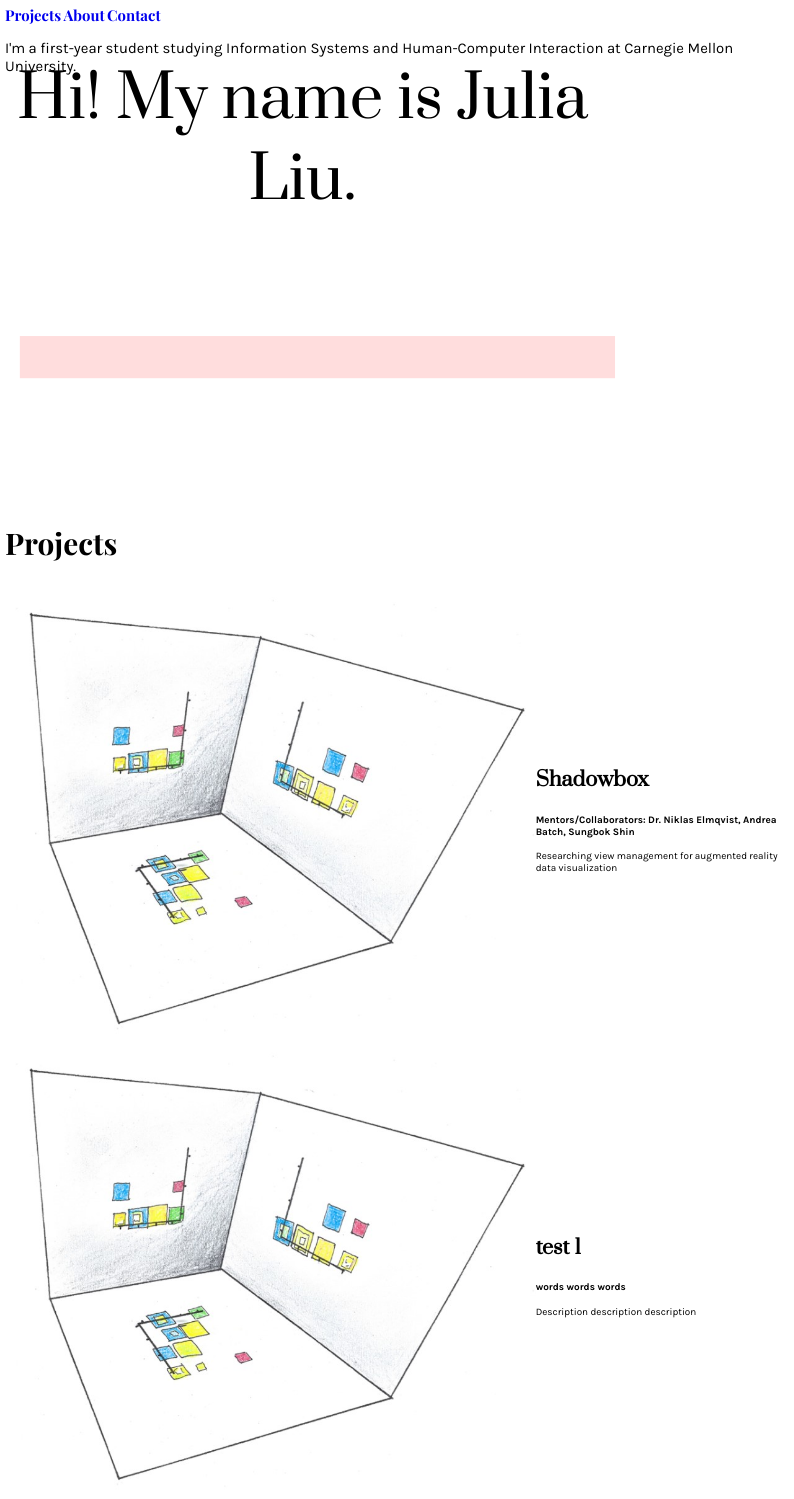
Repository: liu-julia/liu-julia.github.io
Page: index.html
The author's editor kept a copy of each file at every save. The page is drawn from the files as they stood at one save, then again after the next save.
The browser window is 1280 px wide. The pictures show the whole page, at 62% of full size.

Above is the page before, as saved 2022-04-26 22:40:54.

After the next save:
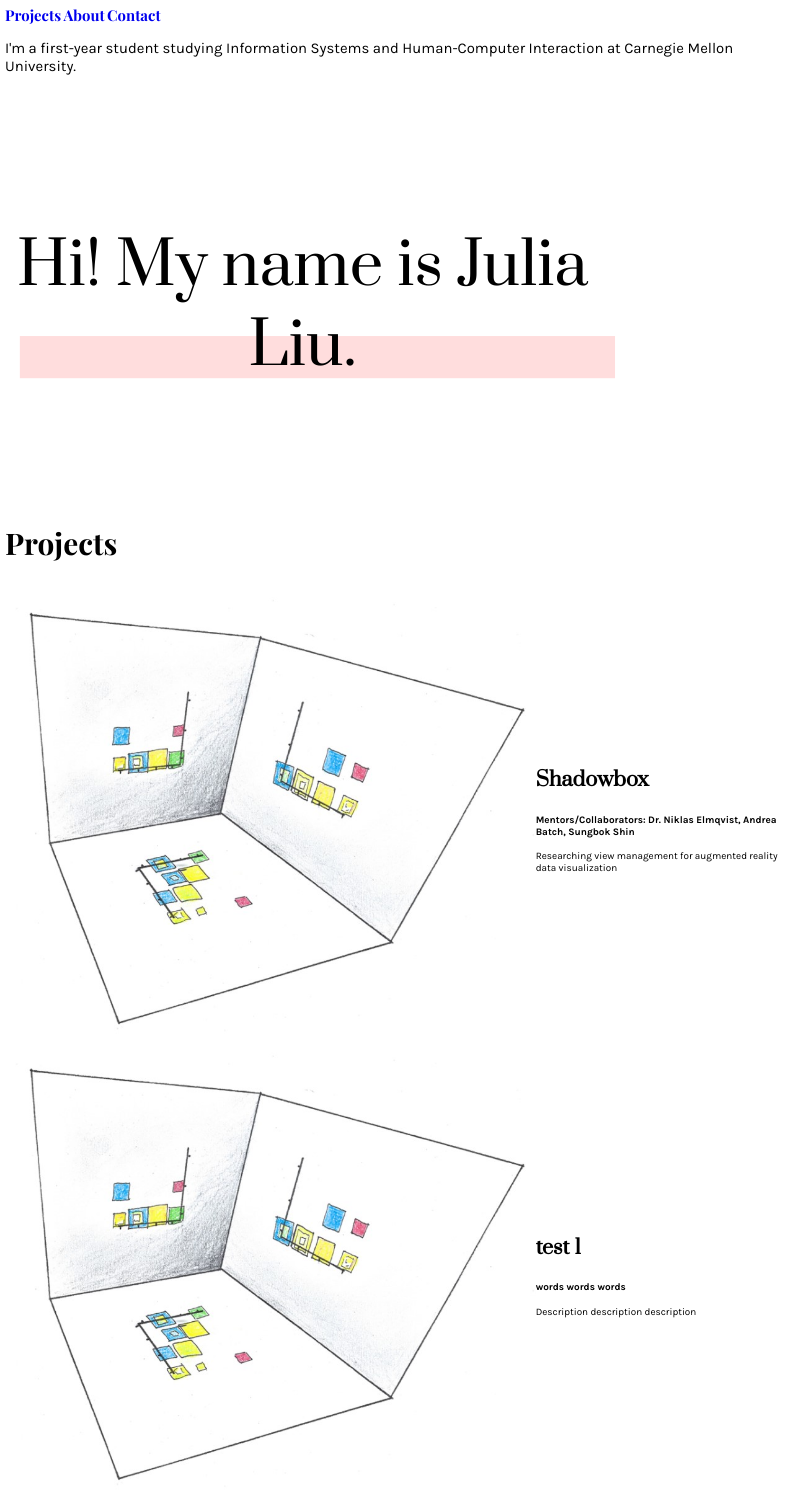
Saved 24 s later.
--- a/css/styles.css
+++ b/css/styles.css
@@ -20,7 +20,7 @@ h1 {
 }
 h1{
     position: absolute;
-    top: 1em;
+
     bottom: 1em;
     text-align: center;
     margin: auto;
